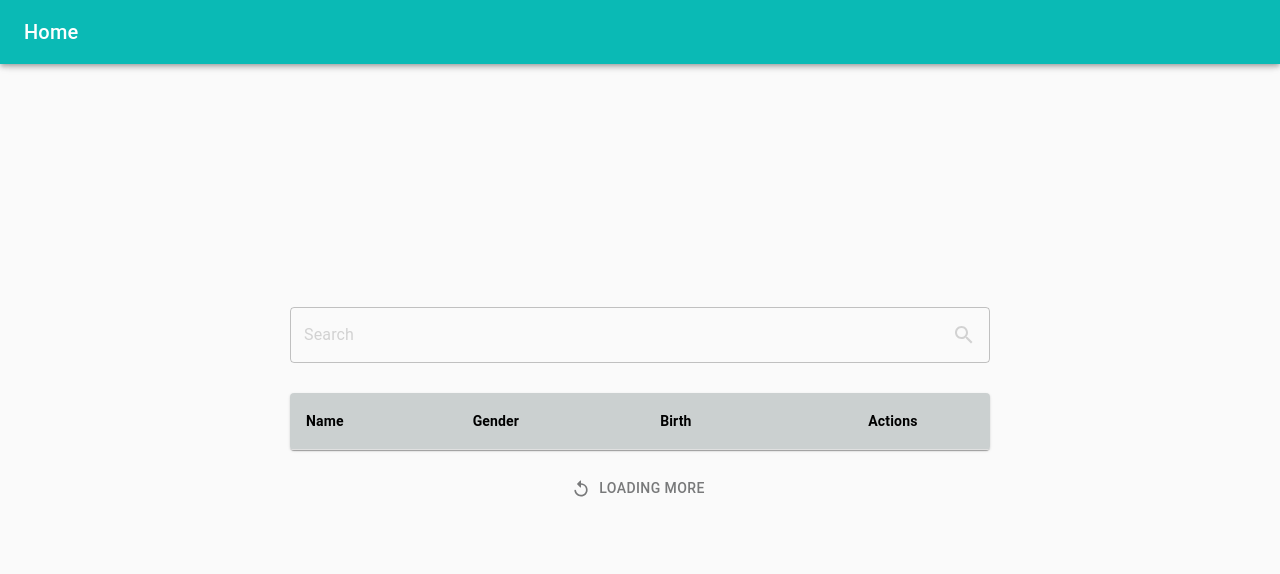
Repository: GabrielBrandaoProjetos/patient-manager
Page: /
The author's editor kept a copy of each file at every save. The page is drawn from the files as they stood at one save, then again after the next save.
The browser window is 1280 px wide. The pictures show the whole page.
The page's requests for data from a server got no answer. The project was rebuilt for these pictures with package versions that can differ from the ones it lists, and the page was loaded fresh each time. No one was signed in, and anything a server would have sent is missing. Also part of the build but not shown: src/components/Modal/PatientModal.style.ts, src/components/Modal/PatientModal.tsx.

Above is the page before, as saved 2021-09-17 02:28:57.

After the next save:
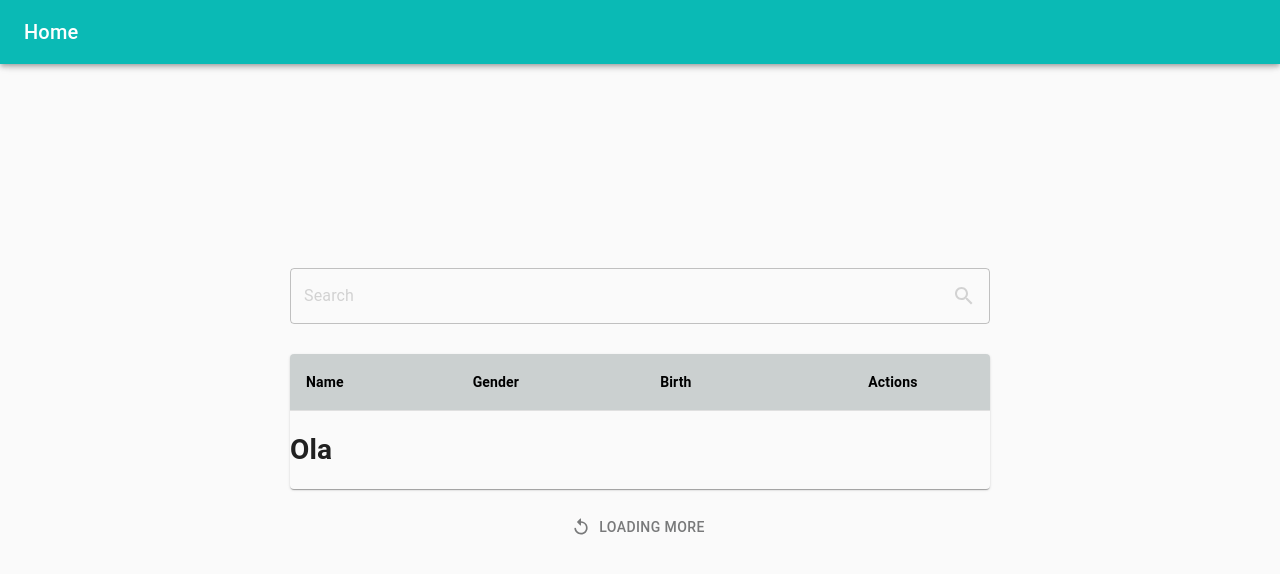
Saved 75 s later.
--- a/src/components/InfiniteScroll/InfiniteScroll.tsx
+++ b/src/components/InfiniteScroll/InfiniteScroll.tsx
@@ -5,5 +5,5 @@
 }
 
 export const InfiniteScroll: React.FC<InfiniteScrollProps> = ({fetchMore}) => {
-  return <div></div>
+  return <div><h1>Ola</h1></div>
 }

After the save that followed:
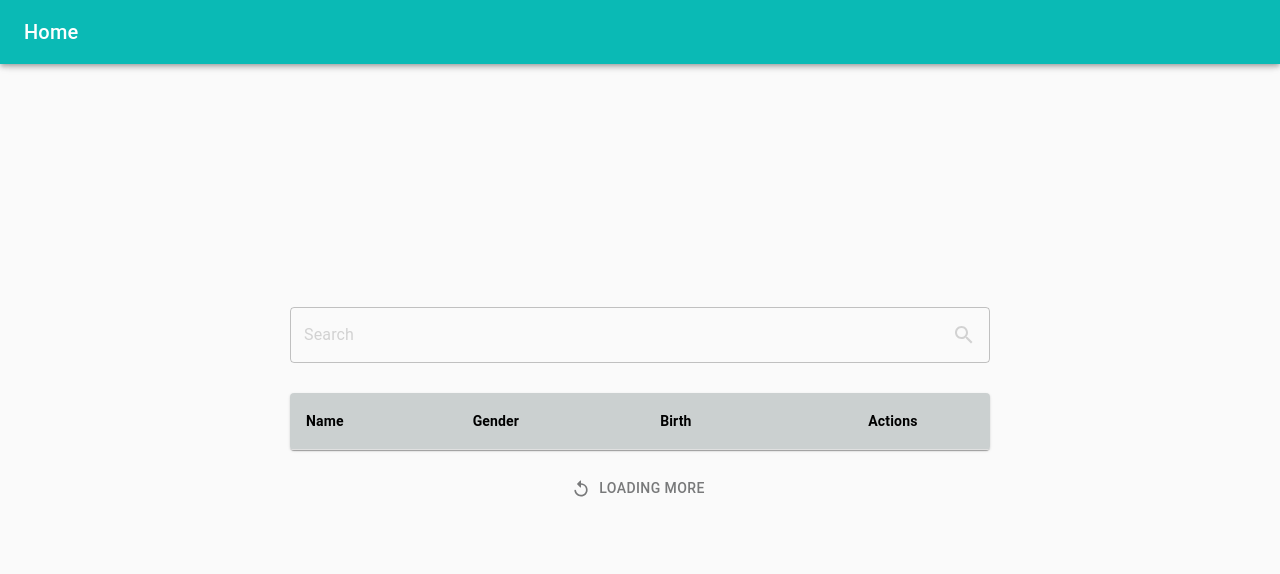
Saved 14 s later.
--- a/src/components/InfiniteScroll/InfiniteScroll.tsx
+++ b/src/components/InfiniteScroll/InfiniteScroll.tsx
@@ -5,5 +5,5 @@
 }
 
 export const InfiniteScroll: React.FC<InfiniteScrollProps> = ({fetchMore}) => {
-  return <div><h1>Ola</h1></div>
+  return <div></div>
 }
